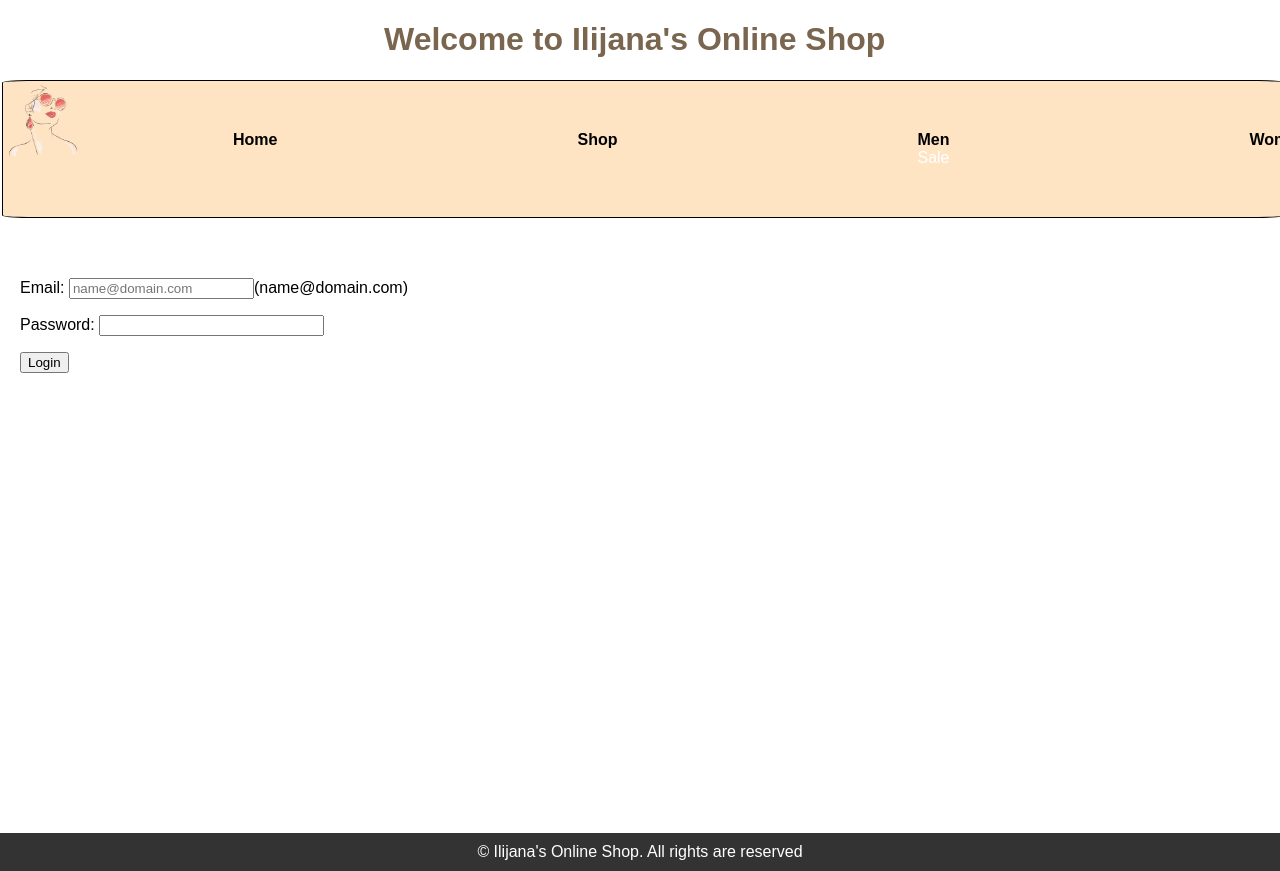
Repository: ilijana123/Proekt1
Page: html.html
The author's editor kept a copy of each file at every save. The page is drawn from the files as they stood at one save, then again after the next save.
The browser window is 1280 px wide. The pictures show the whole page.

Above is the page before, as saved 2023-11-13 01:51:41.

After the next save:
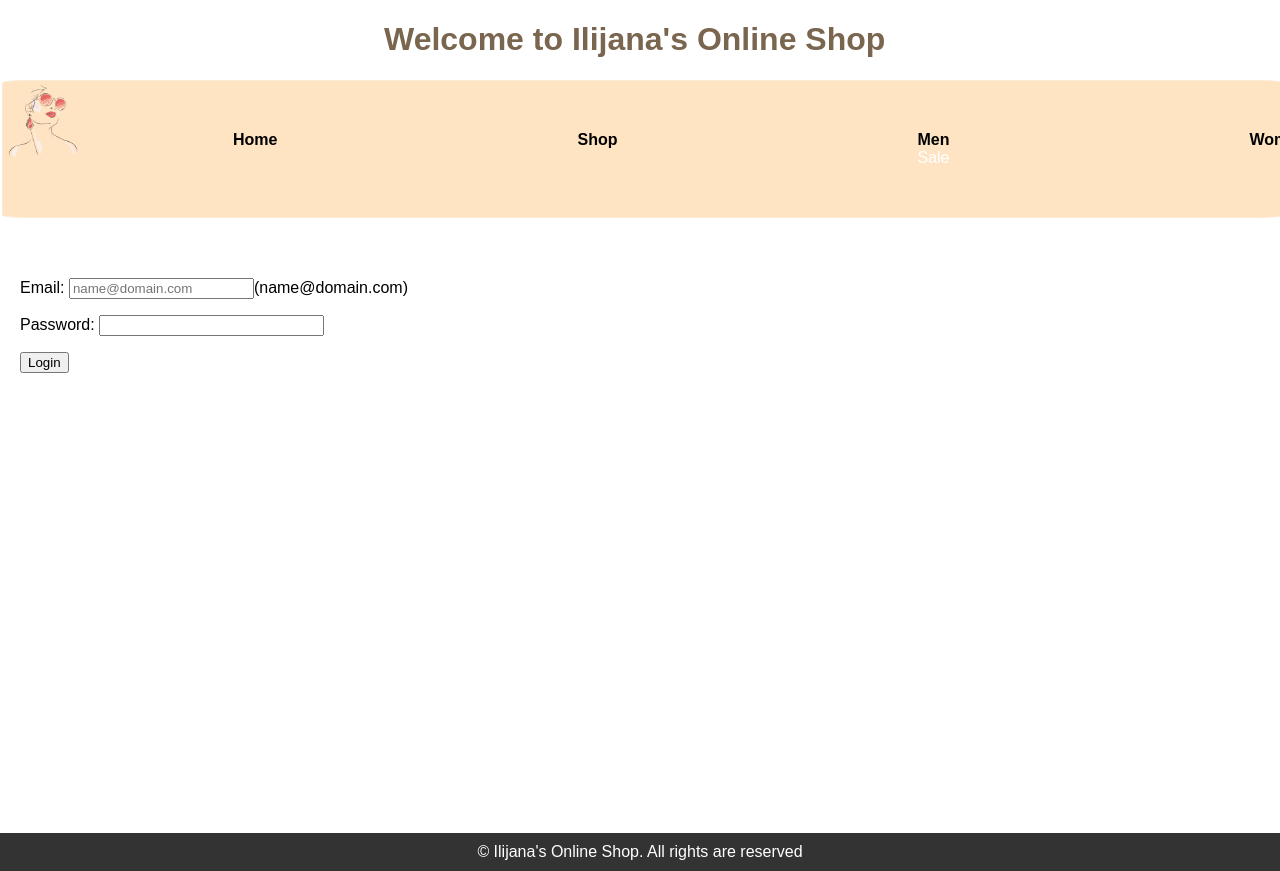
Saved 20 s later.
--- a/1.css
+++ b/1.css
@@ -28,6 +28,7 @@ h1  {
         z-index: 100;
         border: 1px solid rgba(0,0,0,03);
         border-radius: 2%;
+        border-color: antiquewhite;
     }
     nav ul
     {
